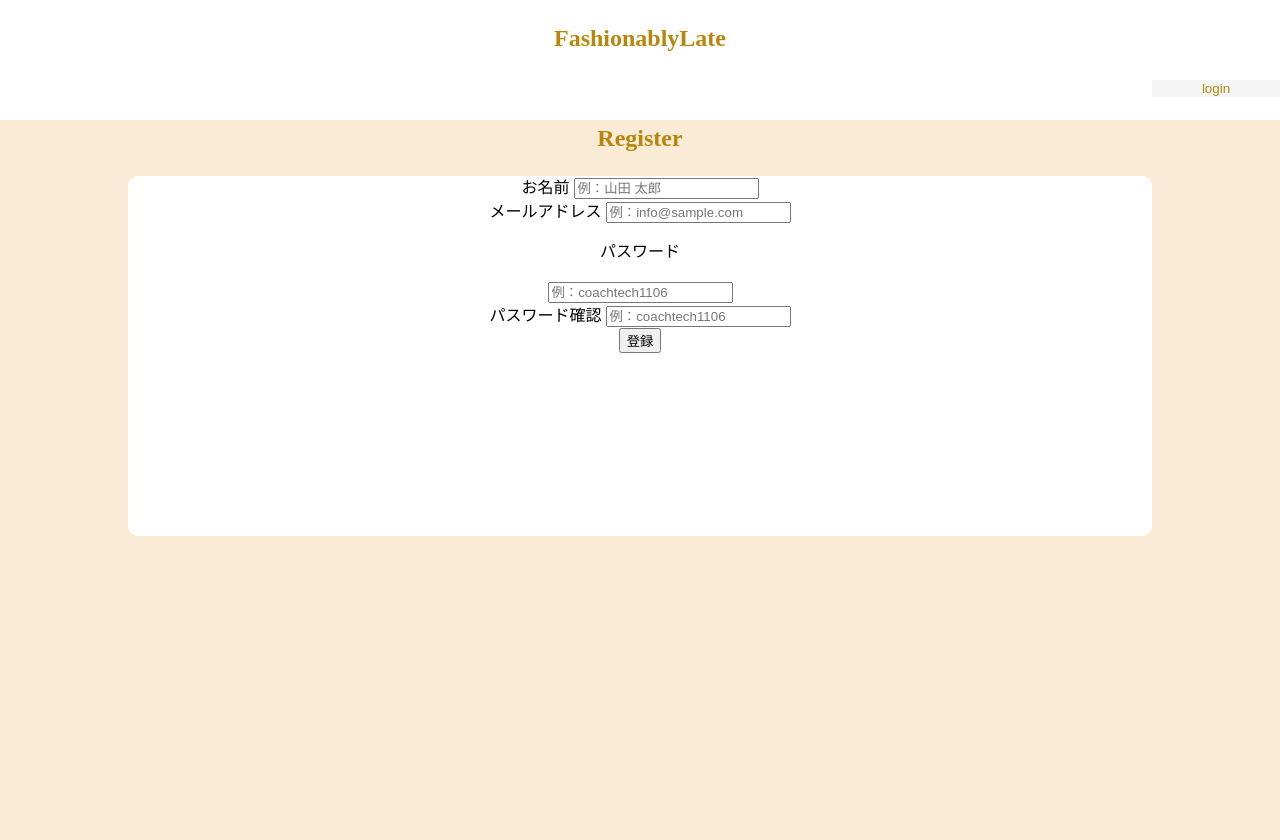
Repository: tokisiro/test-form
Page: http://localhost/register
These files come from the project's save history. The page is drawn as it stood at one moment and after a run of saves; the edit follows.
The browser window is 1280 px wide. The pictures show the whole page.
The page is served by the project's Laravel application, run on PHP 8.4 with Laravel 8. A made-up administrator, Test User (test@example.com), is signed in. Other server files are loaded and not shown.

Above is the page before, as saved 2025-05-07 20:58:33.

### src/routes/web.php
<?php

use Illuminate\Support\Facades\Route;
use App\Http\Controllers\ContactController;
use App\Http\Controllers\UsersController;
use Laravel\Fortify\Http\Controllers\AuthenticatedSessionController;
use Laravel\Fortify\Http\Controllers\RegisteredUserController;
/*
|--------------------------------------------------------------------------
| Web Routes
|--------------------------------------------------------------------------
|
| Here is where you can register web routes for your application. These
| routes are loaded by the RouteServiceProvider within a group which
| contains the "web" middleware group. Now create something great!
|
*/

Route::get('/',[ContactController::class, 'index']);
Route::post('/confirm',[ContactController::class, 'confirm']);
Route::post('/create',[ContactController::class, 'create']);

Route::post('/admin',[UsersController::class, 'admin']);
Route::get('/register',[UsersController::class, 'register']);




Route::middleware('auth')->group(function () {
    Route::get('/admin', [UsersController::class, 'admin']);
});

### src/app/Models/User.php
<?php

namespace App\Models;

use Illuminate\Contracts\Auth\MustVerifyEmail;
use Illuminate\Database\Eloquent\Factories\HasFactory;
use Illuminate\Foundation\Auth\User as Authenticatable;
use Illuminate\Notifications\Notifiable;
use Laravel\Sanctum\HasApiTokens;

class User extends Authenticatable
{
    use HasApiTokens, HasFactory, Notifiable;
    protected $table = 'users';

    /**
     * The attributes that are mass assignable.
     *
     * @var array<int, string>
     */
    protected $fillable = [
        'name',
        'email',
        'password',
        'remember_token',
    ];

    /**
     * The attributes that should be hidden for serialization.
     *
     * @var array<int, string>
     */
    protected $hidden = [
        'password',
        'remember_token',
    ];

    /**
     * The attributes that should be cast.
     *
     * @var array<string, string>
     */
    protected $casts = [
        'email_verified_at' => 'datetime',
    ];

    public function contacts()
{
    return $this->hasMany(Contact::class);
}
}

### src/app/Http/Controllers/UsersController.php
<?php

namespace App\Http\Controllers;

use App\Models\Category;
use App\Models\Contact;
use App\Models\User;
use Illuminate\Http\Request;
use App\Http\Requests\RegisterUserRequest;

//管理者用
class UsersController extends Controller
{
    public function register(){
        return view('register');
    }
    public function create(RegisterUserRequest $request){
        $form = $request->all();
        User::create($form);
        return view('login');
    }
    public function login(){
        return view('login');
    }
    public function admin(){


        $contacts = Contact::all()->map(function($contact) {
        switch($contact->gender) {
        case 1:
            $contact->gender_text = '男性';
            break;
        case 2:
            $contact->gender_text = '女性';
            break;
        case 3:
            $contact->gender_text = 'その他';
            break;
        default:
            $contact->gender_text = '';
            break;
        }
        // お問い合わせ内容を変換
        switch($contact->category_id) {
        case 1:
            $contact->category_name = '商品のお届けについて';
            break;
        case 2:
            $contact->category_name = '商品の交換について';
            break;
        case 3:
            $contact->category_name = '商品トラブル';
            break;
        case 4:
            $contact->category_name = 'ショップへのお問い合わせ';
            break;
        case 5:
            $contact->category_name = 'その他';
            break;
        default:
            $contact->category_name = '';
            break;
        }
        return $contact;
    });

    // もしももともと contacts がなければ空のコレクションを設定
    if ($contacts->isEmpty()) {
        $contacts = collect();
    }

    // ビューに渡す
    return view('admin', ['contacts' => $contacts]);


    }
}

### src/resources/views/register.blade.php
<!DOCTYPE html>
<html lang="ja">
<head>
    <meta charset="UTF-8">
    <meta http-equiv="X-UA-Compatible" content="IE=edge">
    <meta name="viewport" content="width=device-width, initial-scale=1.0">
    <title>FashionablyLate</title>
    <link rel="stylesheet" href="css/sanitize.css" />
    <link rel="stylesheet" href="css/register.css" />
</head>
<body>
    <!--ユーザー登録ページ-->
    <header class="header">
        <div class="header__inner">
            <a class="header__logo" href="/">
                FashionablyLate
            </a>
        </div>
        <div class="header__button">
            <a  href="/login">
                <button class="header__button-item">
                    login
                </button>
            </a>
        </div>
    </header>
    <main>
        <div class="register-form">
            <div class="register-form__title">
                <h2>Register</h2>
            </div>
            <div class="register-form__content">
                    <div class="register-form__content-item">
                        <form action="/register" method="post">
                            @csrf
                            @if (count($errors) > 0)
                            <ul>
                                @foreach ($errors->all() as $error)
                                    <li>{{$error}}</li>
                                @endforeach
                            </ul>
                        @endif
                        <div class="register-form__content-input">
                            <label>お名前</label>
                            <input type="text" name="name" value="{{ old('name') }}" placeholder="例：山田 太郎">
                        </div>
                        <div class="register-form__content-input">
                            <label>メールアドレス</label>
                            <input type="email" name="email" value="{{ old('email') }}" placeholder="例：info@sample.com">
                        </div>
                        <div class="register-form__content-input">
                            <p>パスワード</p>
                            <input type="password" name="password" placeholder="例：coachtech1106">
                        </div>
                        <div class="register-form__content-input">
                            <label>パスワード確認</label>
                            <input type="password" name="password_confirmation" placeholder="例：coachtech1106">
                        </div>
                            <div class="register-form__button">
                            <button class="register-form__button-submit" type="submit">
                                登録
                            </button>
                        </div>
                        </form>
                    </div>
                <!--ボタン類を記述-->
                </div>
            </div>
        </div>
    </main>
</body>
</html>

### src/public/css/sanitize.css
/* Document
* ========================================================================== */

/**
* Add border box sizing in all browsers (opinionated).
*/

*,
::before,
::after {
    box-sizing: border-box;
}

/**
* 1. Add text decoration inheritance in all browsers (opinionated).
* 2. Add vertical alignment inheritance in all browsers (opinionated).
*/

::before,
::after {
    vertical-align: inherit;
    /* 2 */
    text-decoration: inherit;
    /* 1 */
}

/**
* 1. Use the default cursor in all browsers (opinionated).
* 2. Change the line height in all browsers (opinionated).
* 3. Use a 4-space tab width in all browsers (opinionated).
* 4. Remove the grey highlight on links in iOS (opinionated).
* 5. Prevent adjustments of font size after orientation changes in
*    IE on Windows Phone and in iOS.
* 6. Breaks words to prevent overflow in all browsers (opinionated).
*/

html {
    word-break: break-word;
    /* 6 */
    -moz-tab-size: 4;
    /* 3 */
    tab-size: 4;
    /* 3 */
    line-height: 1.5;
    /* 2 */
    cursor: default;
    /* 1 */

    -webkit-tap-highlight-color: transparent
        /* 4 */
    ;
    -ms-text-size-adjust: 100%;
    /* 5 */
    -webkit-text-size-adjust: 100%;
    /* 5 */
}

/* Sections
* ========================================================================== */

/**
* Remove the margin in all browsers (opinionated).
*/

body {
    margin: 0;
}

/**
* Correct the font size and margin on `h1` elements within `section` and
* `article` contexts in Chrome, Edge, Firefox, and Safari.
*/

h1 {
    margin: 0.67em 0;
    font-size: 2em;
}

/* Grouping content
* ========================================================================== */

/**
* Remove the margin on nested lists in Chrome, Edge, IE, and Safari.
*/

dl dl,
dl ol,
dl ul,
ol dl,
ul dl {
    margin: 0;
}

/**
* Remove the margin on nested lists in Edge 18- and IE.
*/

ol ol,
ol ul,
ul ol,
ul ul {
    margin: 0;
}

/**
* 1. Add the correct sizing in Firefox.
* 2. Show the overflow in Edge 18- and IE.
*/

hr {
    overflow: visible;
    /* 2 */
    height: 0;
    /* 1 */
}

/**
* Add the correct display in IE.
*/

main {
    display: block;
}

/**
* Remove the list style on navigation lists in all browsers (opinionated).
*/

nav ol,
nav ul {
    padding: 0;
    list-style: none;
}

/**
* 1. Correct the inheritance and scaling of font size in all browsers.
* 2. Correct the odd `em` font sizing in all browsers.
*/

pre {
    font-size: 1em;
    /* 2 */
    font-family: monospace, monospace;
    /* 1 */
}

/* Text-level semantics
* ========================================================================== */

/**
* Remove the gray background on active links in IE 10.
*/

a {
    background-color: transparent;
}

/**
* Add the correct text decoration in Edge 18-, IE, and Safari.
*/

abbr[title] {
    text-decoration: underline;
    text-decoration: underline dotted;
}

/**
* Add the correct font weight in Chrome, Edge, and Safari.
*/

b,
strong {
    font-weight: bolder;
}

/**
* 1. Correct the inheritance and scaling of font size in all browsers.
* 2. Correct the odd `em` font sizing in all browsers.
*/

code,
kbd,
samp {
    font-size: 1em;
    /* 2 */
    font-family: monospace, monospace;
    /* 1 */
}

/**
* Add the correct font size in all browsers.
*/

small {
    font-size: 80%;
}

/* Embedded content
* ========================================================================== */

/*
* Change the alignment on media elements in all browsers (opinionated).
*/

audio,
canvas,
iframe,
img,
svg,
video {
    vertical-align: middle;
}

/**
* Add the correct display in IE 9-.
*/

audio,
video {
    display: inline-block;
}

/**
* Add the correct display in iOS 4-7.
*/

audio:not([controls]) {
    display: none;
    height: 0;
}

/**
* Remove the border on iframes in all browsers (opinionated).
*/

iframe {
    border-style: none;
}

/**
* Remove the border on images within links in IE 10-.
*/

img {
    border-style: none;
}

/**
* Change the fill color to match the text color in all browsers (opinionated).
*/

svg:not([fill]) {
    fill: currentColor;
}

/**
* Hide the overflow in IE.
*/

svg:not(:root) {
    overflow: hidden;
}

/* Tabular data
* ========================================================================== */

/**
* Collapse border spacing in all browsers (opinionated).
*/

table {
    border-collapse: collapse;
}

/* Forms
* ========================================================================== */

/**
* Remove the margin on controls in Safari.
*/

button,
input,
select {
    margin: 0;
}

/**
* 1. Show the overflow in IE.
* 2. Remove the inheritance of text transform in Edge 18-, Firefox, and IE.
*/

button {
    overflow: visible;
    /* 1 */
    text-transform: none;
    /* 2 */
}

/**
* Correct the inability to style buttons in iOS and Safari.
*/

button,
[type="button"],
[type="reset"],
[type="submit"] {
    -webkit-appearance: button;
}

/**
* 1. Change the inconsistent appearance in all browsers (opinionated).
* 2. Correct the padding in Firefox.
*/

fieldset {
    padding: 0.35em 0.75em 0.625em;
    /* 2 */
    border: 1px solid #a0a0a0;
    /* 1 */
}

/**
* Show the overflow in Edge 18- and IE.
*/

input {
    overflow: visible;
}

/**
* 1. Correct the text wrapping in Edge 18- and IE.
* 2. Correct the color inheritance from `fieldset` elements in IE.
*/

legend {
    display: table;
    /* 1 */
    max-width: 100%;
    /* 1 */
    color: inherit;
    /* 2 */
    white-space: normal;
    /* 1 */
}

/**
* 1. Add the correct display in Edge 18- and IE.
* 2. Add the correct vertical alignment in Chrome, Edge, and Firefox.
*/

progress {
    display: inline-block;
    /* 1 */
    vertical-align: baseline;
    /* 2 */
}

/**
* Remove the inheritance of text transform in Firefox.
*/

select {
    text-transform: none;
}

/**
* 1. Remove the margin in Firefox and Safari.
* 2. Remove the default vertical scrollbar in IE.
* 3. Change the resize direction in all browsers (opinionated).
*/

textarea {
    overflow: auto;
    /* 2 */
    margin: 0;
    /* 1 */
    resize: vertical;
    /* 3 */
}

/**
* Remove the padding in IE 10-.
*/

[type="checkbox"],
[type="radio"] {
    padding: 0;
}

/**
* 1. Correct the odd appearance in Chrome, Edge, and Safari.
* 2. Correct the outline style in Safari.
*/

[type="search"] {
    outline-offset: -2px;
    /* 2 */

    -webkit-appearance: textfield;
    /* 1 */
}

/**
* Correct the cursor style of increment and decrement buttons in Safari.
*/

::-webkit-inner-spin-button,
::-webkit-outer-spin-button {
    height: auto;
}

/**
* Correct the text style of placeholders in Chrome, Edge, and Safari.
*/

::-webkit-input-placeholder {
    color: inherit;
    opacity: 0.54;
}

/**
* Remove the inner padding in Chrome, Edge, and Safari on macOS.
*/

::-webkit-search-decoration {
    -webkit-appearance: none;
}

/**
* 1. Correct the inability to style upload buttons in iOS and Safari.
* 2. Change font properties to `inherit` in Safari.
*/

::-webkit-file-upload-button {
    font: inherit;
    /* 2 */

    -webkit-appearance: button;
    /* 1 */
}

/**
* Remove the inner border and padding of focus outlines in Firefox.
*/

::-moz-focus-inner {
    padding: 0;
    border-style: none;
}

/**
* Restore the focus outline styles unset by the previous rule in Firefox.
*/

:-moz-focusring {
    outline: 1px dotted ButtonText;
}

/**
* Remove the additional :invalid styles in Firefox.
*/

:-moz-ui-invalid {
    box-shadow: none;
}

/* Interactive
* ========================================================================== */

/*
* Add the correct display in Edge 18- and IE.
*/

details {
    display: block;
}

/*
* Add the correct styles in Edge 18-, IE, and Safari.
*/

dialog {
    position: absolute;
    right: 0;
    left: 0;
    display: block;
    margin: auto;
    padding: 1em;
    width: -moz-fit-content;
    width: -webkit-fit-content;
    width: fit-content;
    height: -moz-fit-content;
    height: -webkit-fit-content;
    height: fit-content;
    border: solid;
    background-color: white;
    color: black;
}

dialog:not([open]) {
    display: none;
}

/*
* Add the correct display in all browsers.
*/

summary {
    display: list-item;
}

/* Scripting
* ========================================================================== */

/**
* Add the correct display in IE 9-.
*/

canvas {
    display: inline-block;
}

/**
* Add the correct display in IE.
*/

template {
    display: none;
}

/* User interaction
* ========================================================================== */

/*
* 1. Remove the tapping delay in IE 10.
* 2. Remove the tapping delay on clickable elements
in all browsers (opinionated).
*/

a,
area,
button,
input,
label,
select,
summary,
textarea,
[tabindex] {
    -ms-touch-action: manipulation;
    /* 1 */
    touch-action: manipulation;
    /* 2 */
}

/**
* Add the correct display in IE 10-.
*/

[hidden] {
    display: none;
}

/* Accessibility
* ========================================================================== */

/**
* Change the cursor on busy elements in all browsers (opinionated).
*/

[aria-busy="true"] {
    cursor: progress;
}

/*
* Change the cursor on control elements in all browsers (opinionated).
*/

[aria-controls] {
    cursor: pointer;
}

/*
* Change the cursor on disabled, not-editable, or otherwise
* inoperable elements in all browsers (opinionated).
*/

[aria-disabled="true"],
[disabled] {
    cursor: not-allowed;
}

/*
* Change the display on visually hidden accessible elements
* in all browsers (opinionated).
*/

[aria-hidden="false"][hidden] {
    display: initial;
}

[aria-hidden="false"][hidden]:not(:focus) {
    position: absolute;
    clip: rect(0, 0, 0, 0);
}

### src/public/css/register.css

.header {
    background-color: white;

}

.header__inner
{
    margin: 0 auto;
    padding: 20px 15px;
    max-width: 1230px;
    text-align: center;
}

.header__logo {
    color: #B8860B;
    text-decoration: none;
    font-weight: bold;
    font-size: 24px;
    font-family: serif;
}

.header__button{
    position: relative;
    text-align: right;
}

.header__button-item{
    color: #B8860B;
    background-color: whitesmoke;
    border: 1px;
    border-color: #B8860B;
    width: 10%;
    cursor: pointer;
}


.register-form {
    background-color: antiquewhite;
    height: 100vh;
    text-align: center;
}

.register-form__title{
    color: #B8860B;
    font-family: serif;
}

.register-form__content{
    background-color: white;
    width: 80%;
    height: 50%;
    margin: 0 auto;
    border-radius: 10px;
}

Loaded but not shown: src/app/Http/Controllers/Controller.php (common file)

After the next 3 saves:
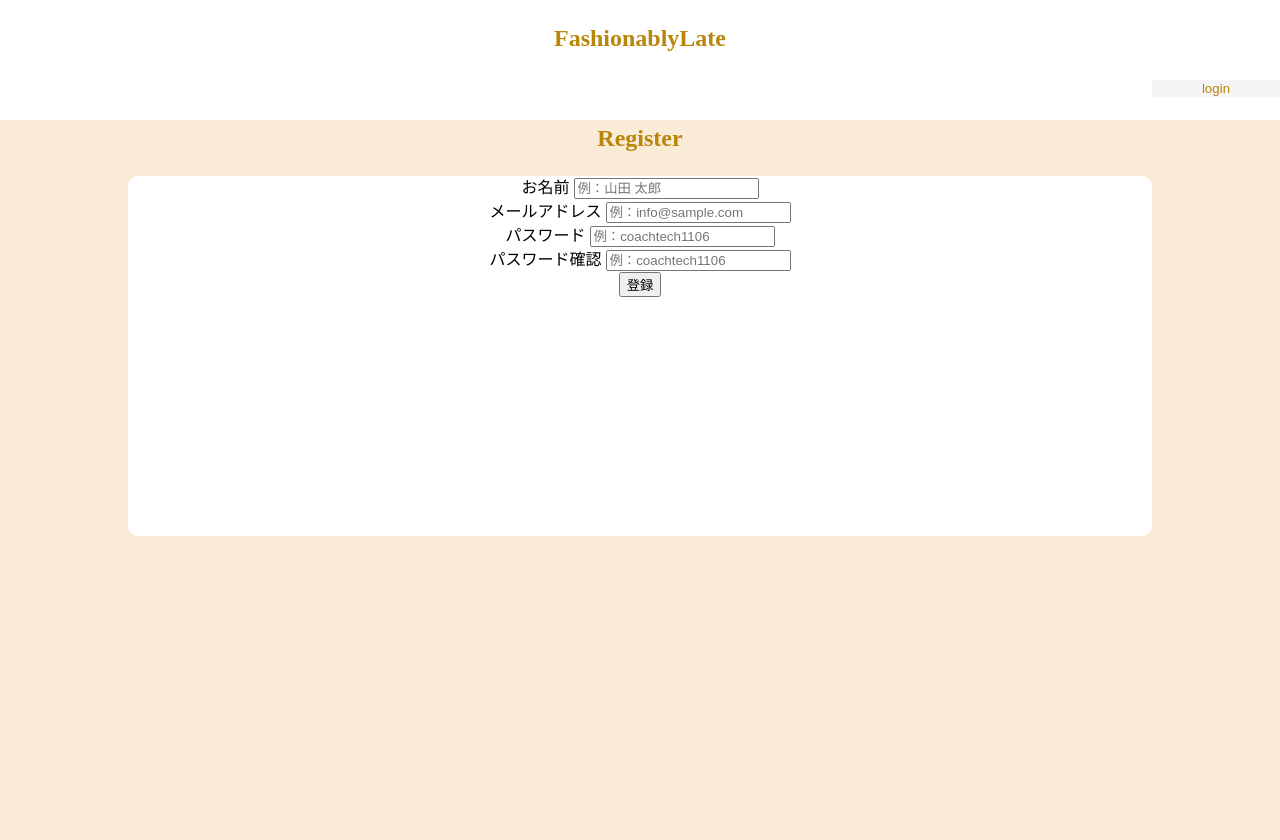
The 3 saves are shown as one change because they came seconds apart.
The last was saved 24 s later.
--- a/src/resources/views/register.blade.php
+++ b/src/resources/views/register.blade.php
@@ -49,7 +49,7 @@
                             <input type="email" name="email" value="{{ old('email') }}" placeholder="例：info@sample.com">
                         </div>
                         <div class="register-form__content-input">
-                            <p>パスワード</p>
+                            <label>パスワード</label>
                             <input type="password" name="password" placeholder="例：coachtech1106">
                         </div>
                         <div class="register-form__content-input">
